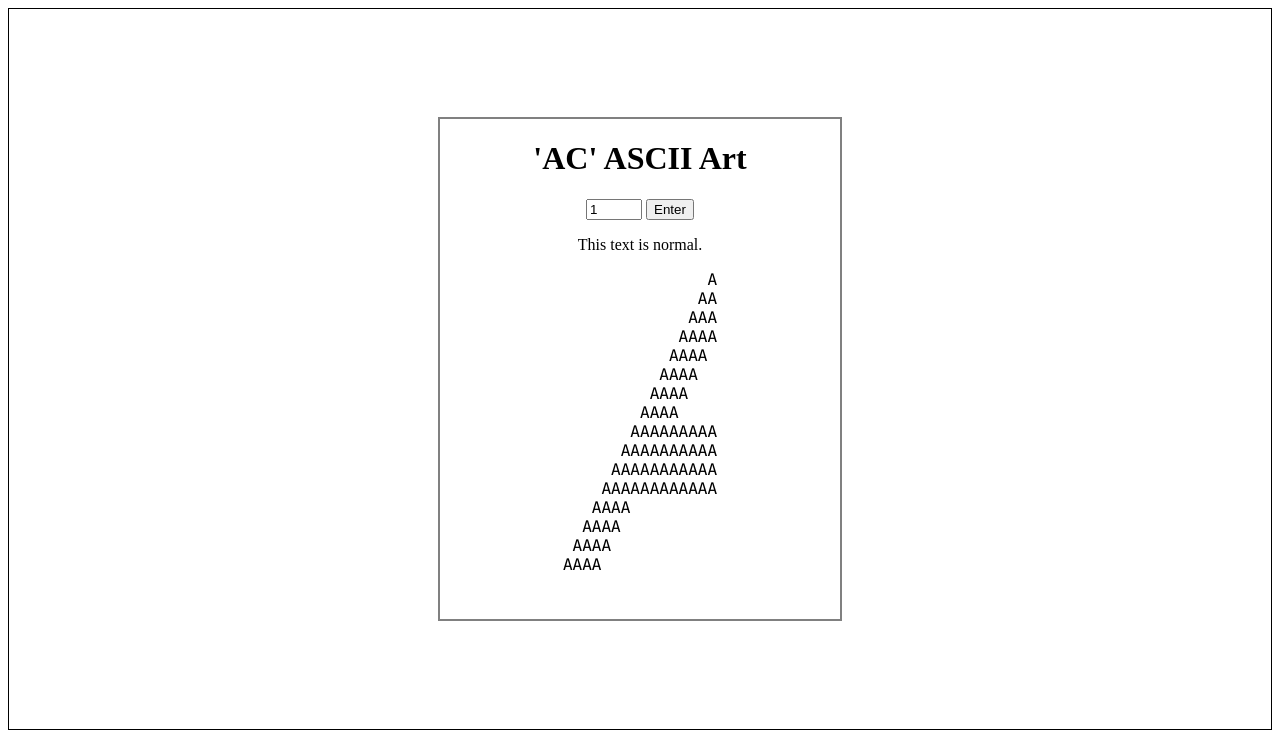
Repository: Achorn/ascii-art
Page: index.html
These files come from the project's save history. The page is drawn as it stood at one moment and after the next save; the edit follows.
The browser window is 1280 px wide. The pictures show the whole page.

Above is the page before, as saved 2021-08-09 17:21:40.

### index.html
<!DOCTYPE html>
<html lang="en">
  <head>
    <link rel="stylesheet" href="styles.css" />
    <meta charset="UTF-8" />
    <meta http-equiv="X-UA-Compatible" content="IE=edge" />
    <meta name="viewport" content="width=device-width, initial-scale=1.0" />
    <title>Document</title>
  </head>
  <body>
    <form>
      <h1>'AC' ASCII Art</h1>
      <input type="number" min="1" value="1" max="10" />
      <button>Enter</button>
      <div id="ascii">
        <p>This text is normal.</p>
        <p id="mono" style="font-family: 'Lucida Console', monospace">
          This text is monospace text.
        </p>
      </div>
    </form>
    <script type="text/javascript" src="myscripts.js"></script>
  </body>
</html>

### styles.css
body {
  border: 1px solid black;
  display: flex;
  flex-direction: column;
  justify-content: center;
  align-items: center;
  height: 100vh;
}

form {
  border: 2px solid grey;
  height: 500px;
  width: 400px;
  text-align: center;
}

.ascii {
  border-radius: 1px solid black;
}
#mono {
  /* font-size: 25.5vw; */

  white-space: pre;
}

### myscripts.js
let four = [
  [" ", " ", " ", "A"],
  [" ", " ", "A", " "],
  [" ", "A", "A", "A"],
  ["A", " ", " ", " "],
];

let eight = [
  [
    " ",
    " ",
    " ",
    " ",
    " ",
    " ",
    " ",
    "A",
    "A",
    " ",
    " ",
    " ",
    " ",
    " ",
    " ",
    " ",
  ],
  [
    " ",
    " ",
    " ",
    " ",
    " ",
    " ",
    "A",
    "A",
    "A",
    "A",
    " ",
    " ",
    " ",
    " ",
    " ",
    " ",
  ],
  [
    " ",
    " ",
    " ",
    " ",
    " ",
    "A",
    "A",
    " ",
    " ",
    "A",
    "A",
    " ",
    " ",
    " ",
    " ",
    " ",
  ],
  [
    " ",
    " ",
    " ",
    " ",
    "A",
    "A",
    "A",
    "A",
    "A",
    "A",
    "A",
    "A",
    " ",
    " ",
    " ",
    " ",
  ],
  [
    " ",
    " ",
    " ",
    "A",
    "A",
    "A",
    "A",
    "A",
    "A",
    "A",
    "A",
    "A",
    "A",
    " ",
    " ",
    " ",
  ],
  [
    " ",
    " ",
    "A",
    "A",
    " ",
    " ",
    " ",
    " ",
    " ",
    " ",
    " ",
    " ",
    "A",
    "A",
    " ",
    " ",
  ],
  [
    " ",
    "A",
    "A",
    " ",
    " ",
    " ",
    " ",
    " ",
    " ",
    " ",
    " ",
    " ",
    " ",
    "A",
    "A",
    " ",
  ],
  [
    "A",
    "A",
    " ",
    " ",
    " ",
    " ",
    " ",
    " ",
    " ",
    " ",
    " ",
    " ",
    " ",
    " ",
    "A",
    "A",
  ],
];

function scaleSpread(array, factor) {
  const scaled = [];

  for (const row of array) {
    let x = [];

    for (const item of row) x.push(...Array(factor).fill(item));

    scaled.push(...Array(factor).fill(x));
  }

  return scaled;
}
let sixteen = scaleSpread(eight, 2);

function arrToString(arr) {
  let string = "";
  for (let i = 0; i < arr.length; i++) {
    string += arr[i].join("") + "<br>";
  }
  return string;
}

function trimA(arr, lWidth) {
  for (i = 0; i < arr.length; i++) {
    let disp = lWidth - (i % lWidth) - 1;
    console.log(i, disp);
    console.log(arr[i]);
    let newArr = arr[i].slice();
    console.log("newArr", newArr);
    for (let j = 0; j < disp; j++) {
      newArr.pop();
      newArr.unshift(" ");
    }
    arr[i] = newArr;
  }
}

let mono = document.getElementById("mono");
let scaled = scaleSpread(four, 4);
trimA(scaled, 4);

// mono.innerHTML = arrToString(scaleSpread(four, 3));
mono.innerHTML = arrToString(scaled);
// mono.innerHTML += arrToString(scaleSpread(eight, 1));

After the next save:
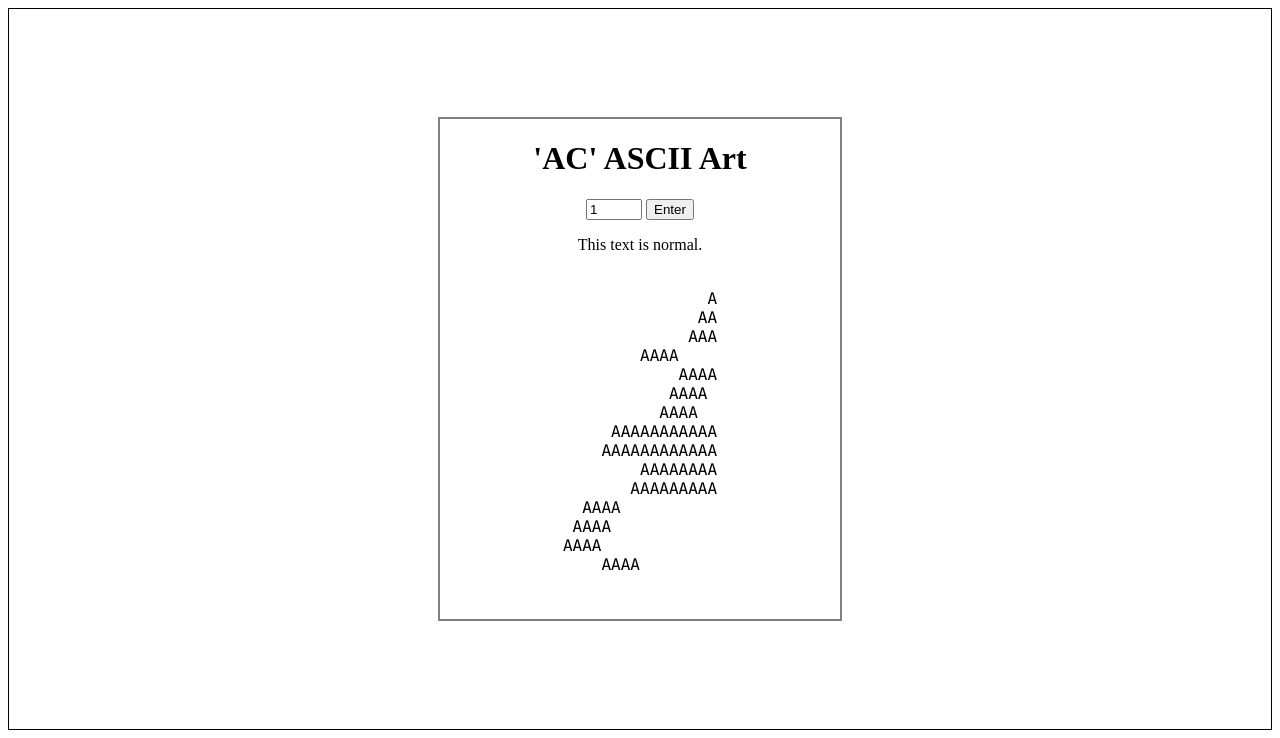
Saved 24 s later.
--- a/myscripts.js
+++ b/myscripts.js
@@ -192,7 +192,7 @@ function trimA(arr, lWidth) {
 
 let mono = document.getElementById("mono");
 let scaled = scaleSpread(four, 4);
-trimA(scaled, 4);
+trimA(scaled, 5);
 
 // mono.innerHTML = arrToString(scaleSpread(four, 3));
 mono.innerHTML = arrToString(scaled);
